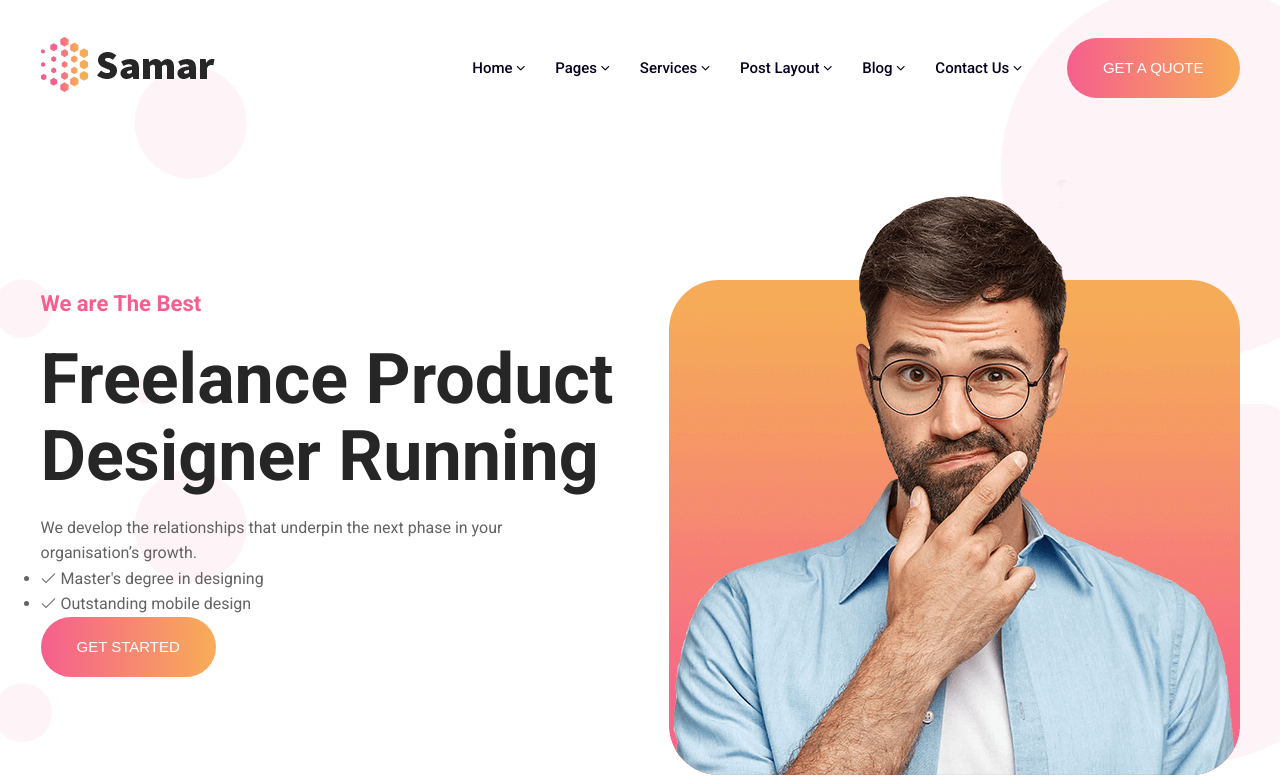
Repository: ducdatit2002/samar
Page: index.html
An editor plug-in stored every save of this project. The page is shown before and after a run of saves, followed by the edit.
The browser window is 1280 px wide. The pictures show the whole page.

Above is the page before, as saved 2023-07-26 23:32:50.

After the next 2 saves:
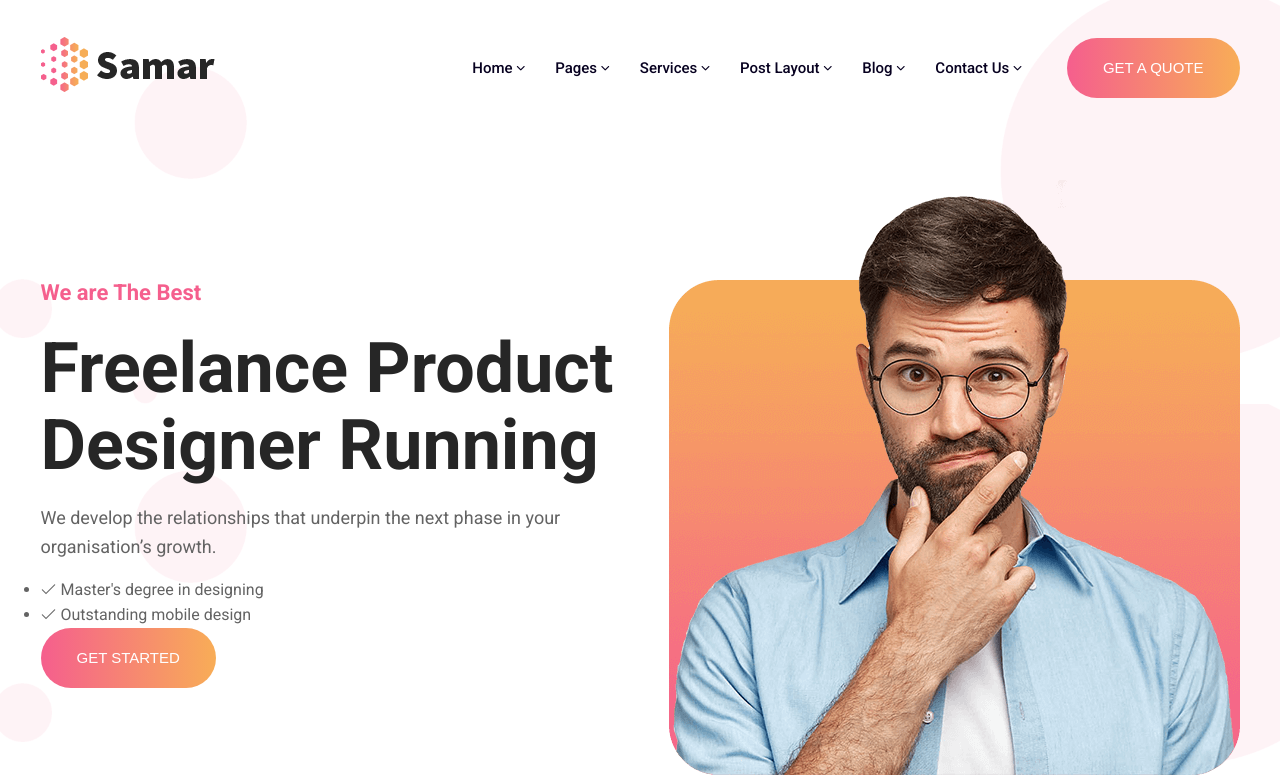
The 2 saves are shown as one change because they came seconds apart.
The last was saved 22 s later.
--- a/index.css
+++ b/index.css
@@ -118,6 +118,11 @@
     color: #262626;
     margin-bottom: 20px;
 }
+.saCarousel__article p {
+    font-size: 18px;
+    margin-bottom: 15px;
+}
+
 /*Animation */
 @keyframes upToDown {
   49% {
